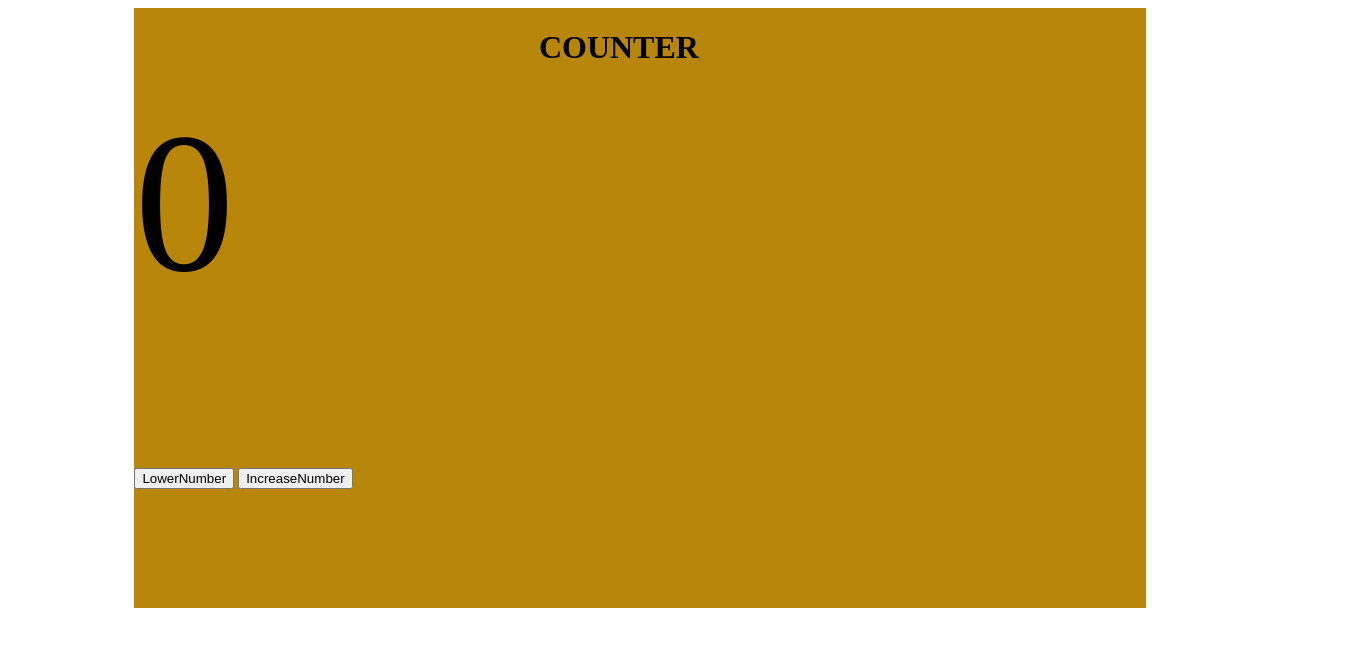
Repository: Sgalstyan06/counterNum
Page: index.html
The author's editor kept a copy of each file at every save. The page is drawn from the files as they stood at one save, then again after a run of saves.
The browser window is 1280 px wide. The page is 1280 px wide, then 1348 px, so the pictures cover 1348 px, including what lies to the right of the window. The pictures show the whole page.

Above is the page before, as saved 2022-02-14 16:54:37.

### index.html
<!DOCTYPE html>
<html lang="en">
<head>
    <meta charset="UTF-8">
    <meta http-equiv="X-UA-Compatible" content="IE=edge">
    <meta name="viewport" content="width=device-width, initial-scale=1.0">
    <title>Document</title>
    <link rel="stylesheet" href="./style.css">
</head>
<body>
    <div class="main">
        <div><h1>COUNTER</h1></div>

        <div class="result">0</div>
        <div>
            <button class="LowerNumber">LowerNumber</button>
            <button class="IncreaseNumber">IncreaseNumber</button>
        </div>
    </div>
    <script src="./script.js"></script>
</body>
</html>

### style.css
.main{
    width: 80%;
    height: 600px;
    margin: 0 auto;
    background-color: darkgoldenrod;
    display: flex;
    flex-direction: column;
}
h1{

   padding-left: 40%;
}

.result{
    width: 80%;
    height: 380px;
    font-size: 200px;
    padding-left: ;
}

Loaded but not shown: script.js (no stored copy; drawn as an empty file)

After the next 2 saves:
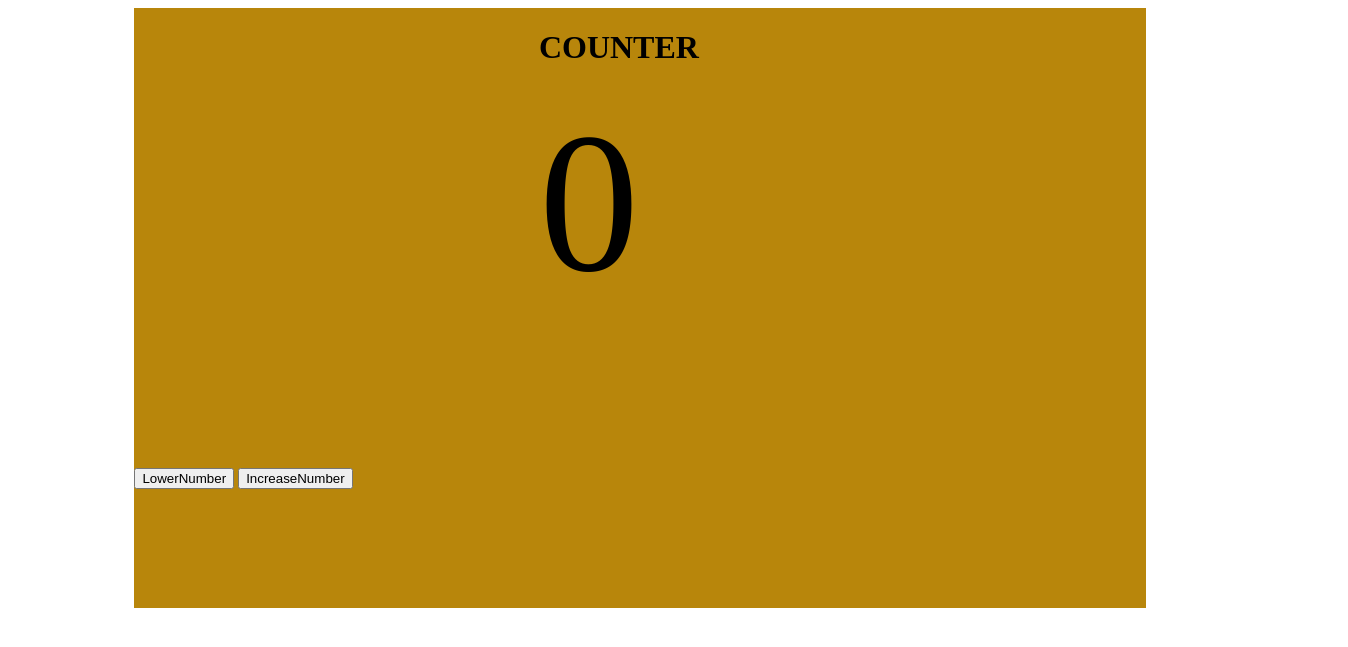
The 2 saves are shown as one change because they came seconds apart.
The last was saved 10 s later.
--- a/style.css
+++ b/style.css
@@ -15,5 +15,5 @@ h1{
     width: 80%;
     height: 380px;
     font-size: 200px;
-    padding-left: ;
+    padding-left: 40%;
 }
